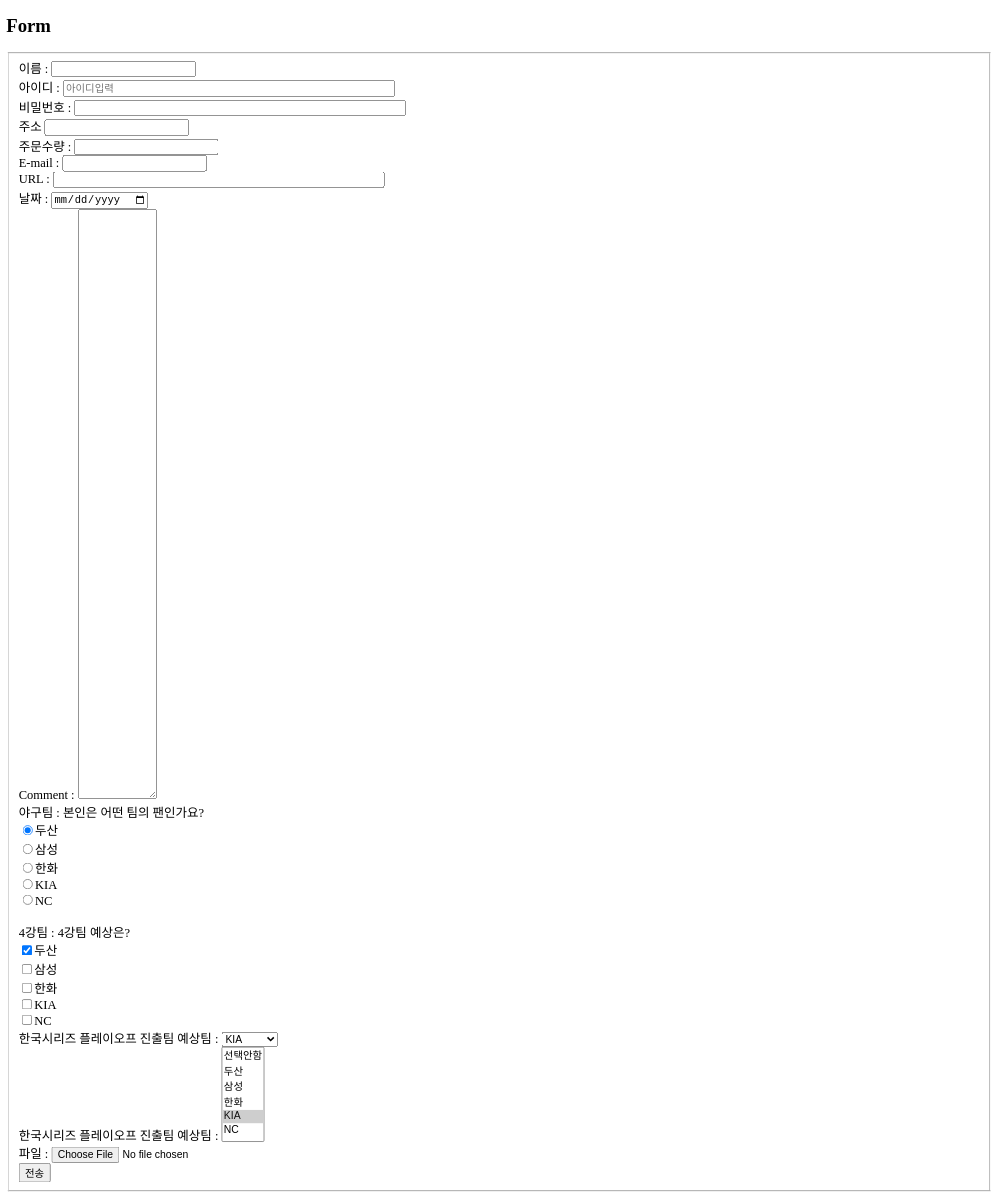
Repository: star-min/jsp_basic
Page: jsp1/web01/src/main/webapp/form.html
An editor plug-in stored every save of this project. The page is shown before and after the next save, followed by the edit.
The browser window is 1280 px wide. The pictures show the whole page, at 78% of full size.

Above is the page before, as saved 2022-04-22 06:05:29.

After the next save:
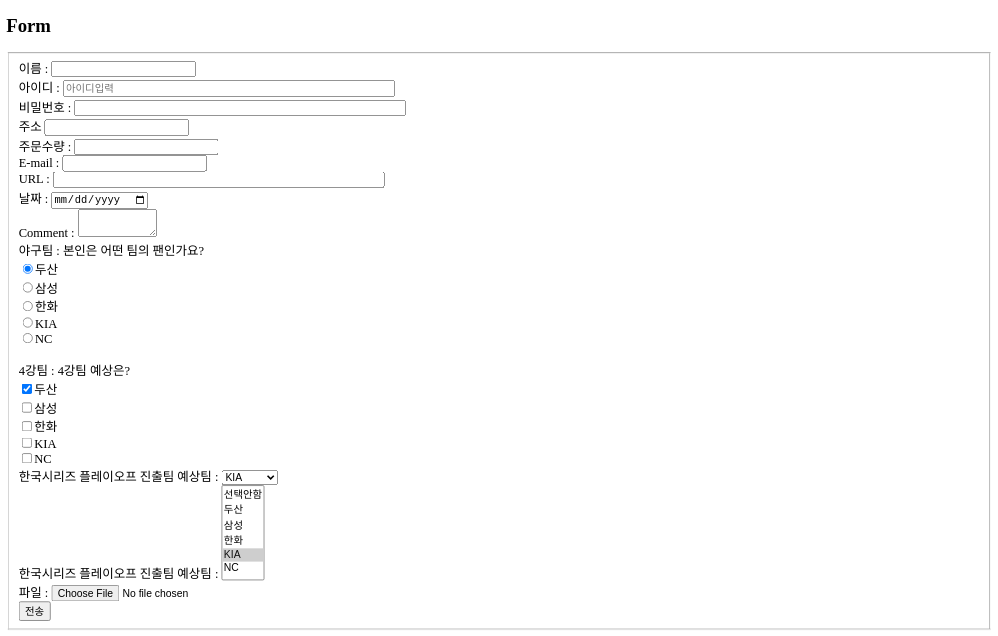
Saved 14 s later.
--- a/jsp1/web01/src/main/webapp/form.html
+++ b/jsp1/web01/src/main/webapp/form.html
@@ -72,7 +72,7 @@
 			<tr>
 				<th><label for="comment">Comment : </label></th>
 				<td>
-					<textarea name="comment" rows="50" cols="10" name="comment" id="comment"></textarea>
+					<textarea name="comment" rows="0" cols="10" name="comment" id="comment"></textarea>
 					</br>
 				</td>
 			</tr>
